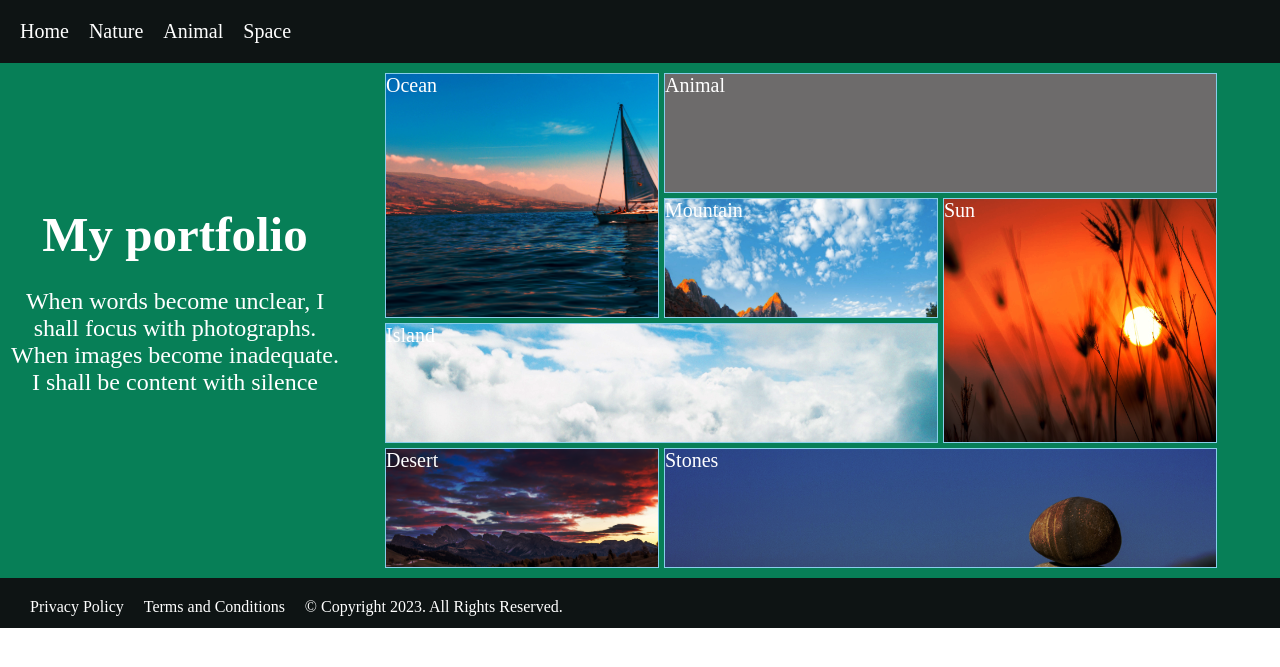
Repository: suraj-yadav7/03_Gallery_Portfolio
Page: index.html
An editor plug-in stored every save of this project. The page is shown before and after the next save, followed by the edit.
The browser window is 1280 px wide. The pictures show the whole page.
Pictures or frames that could not be fetched are drawn as grey boxes. Some web fonts or font styles are not loaded; a fallback is used.

Above is the page before, as saved 2023-02-14 21:25:48.

After the next save:
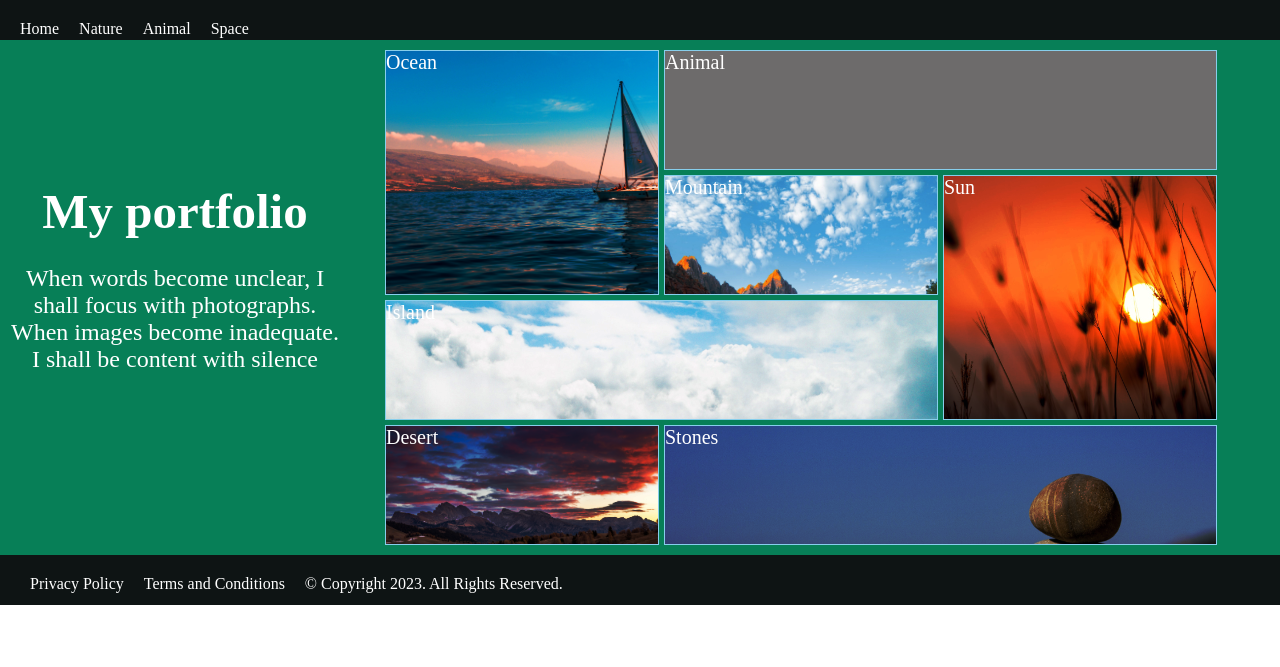
Saved 61 s later.
--- a/style.css
+++ b/style.css
@@ -36,7 +36,8 @@ a{
     background-color: rgb(14, 20, 20);
     padding: var(--padding-inline-section);
     font-family: 'Bodoni Moda', serif;
-    font-size: 20px;
+    font-size: 1rem;
+    height: 2rem;
 
 
 }
